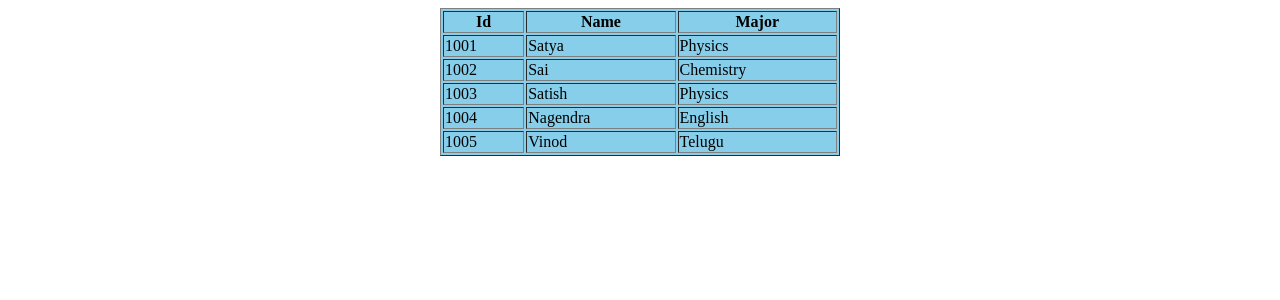
Repository: 1919satya/Mode2
Page: sample/sample/WebContent/table.html
These files come from the project's save history. The page is drawn as it stood at one moment and after the next save; the edit follows.
The browser window is 1280 px wide. The pictures show the whole page.

Above is the page before, as saved 2019-10-10 12:50:35.

After the next save:
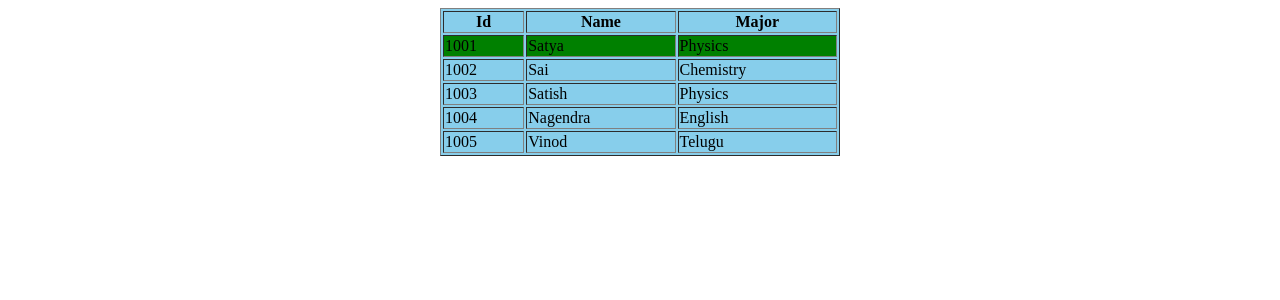
Saved 38 s later.
--- a/sample/sample/WebContent/table.html
+++ b/sample/sample/WebContent/table.html
@@ -14,7 +14,7 @@
     <th>Name</th>
     <th>Major</th>
  </tr>
- <tr>
+ <tr bgcolor="green">
 
     <td>1001</td>
     <td>Satya</td>
